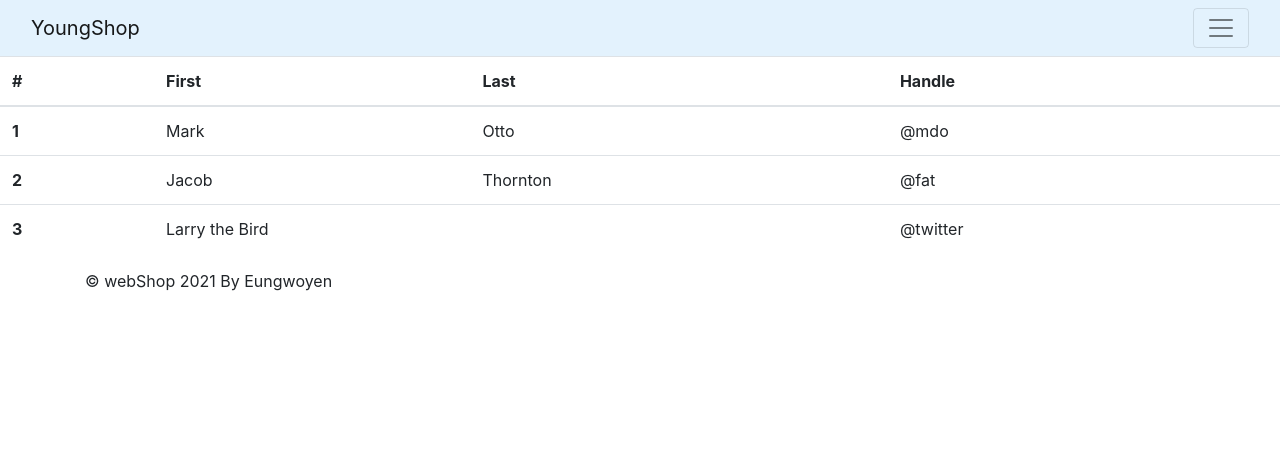
Repository: khss4008/JSP_project
Page: http://localhost/Webshop2/board/listBoard.jsp
The author's editor kept a copy of each file at every save. The page is drawn from the files as they stood at one save, then again after the next save.
The browser window is 1280 px wide. The pictures show the whole page.
The page is served by Tomcat 9.

Above is the page before, as saved 2021-11-05 05:21:44.
Console error: TypeError: Cannot read properties of undefined (reading 'fn')

After the next save:
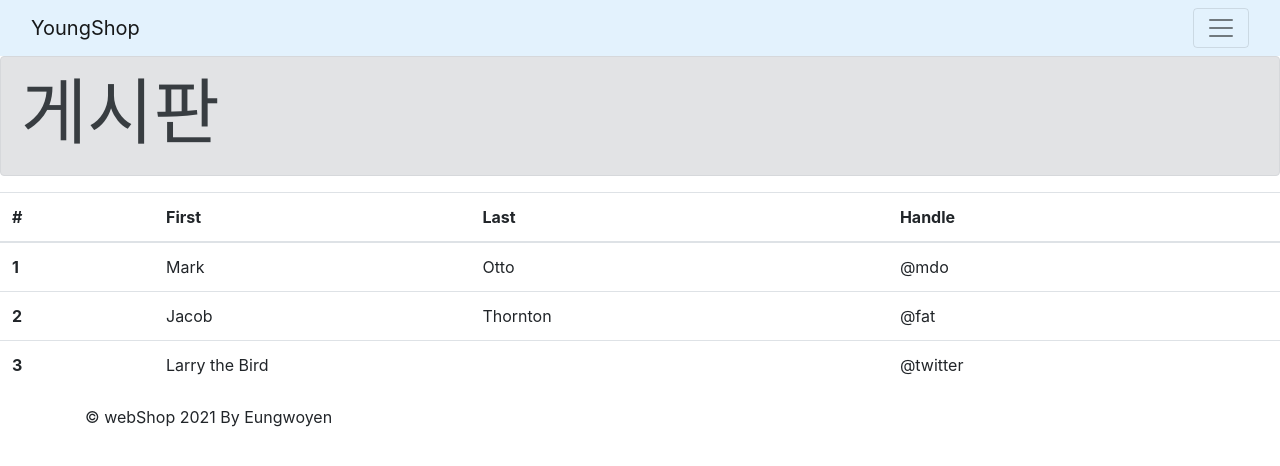
Saved 62 s later.
--- a/Webshop2/WebContent/board/listBoard.jsp
+++ b/Webshop2/WebContent/board/listBoard.jsp
@@ -8,6 +8,11 @@
 </head>
 <body>
 <%@ include file = "/header.jsp" %>
+
+<div class="alert alert-secondary" role="alert">
+  <h1 class="display-3">게시판</h1>
+</div>
+
 
 
 <table class="table table-hover">
